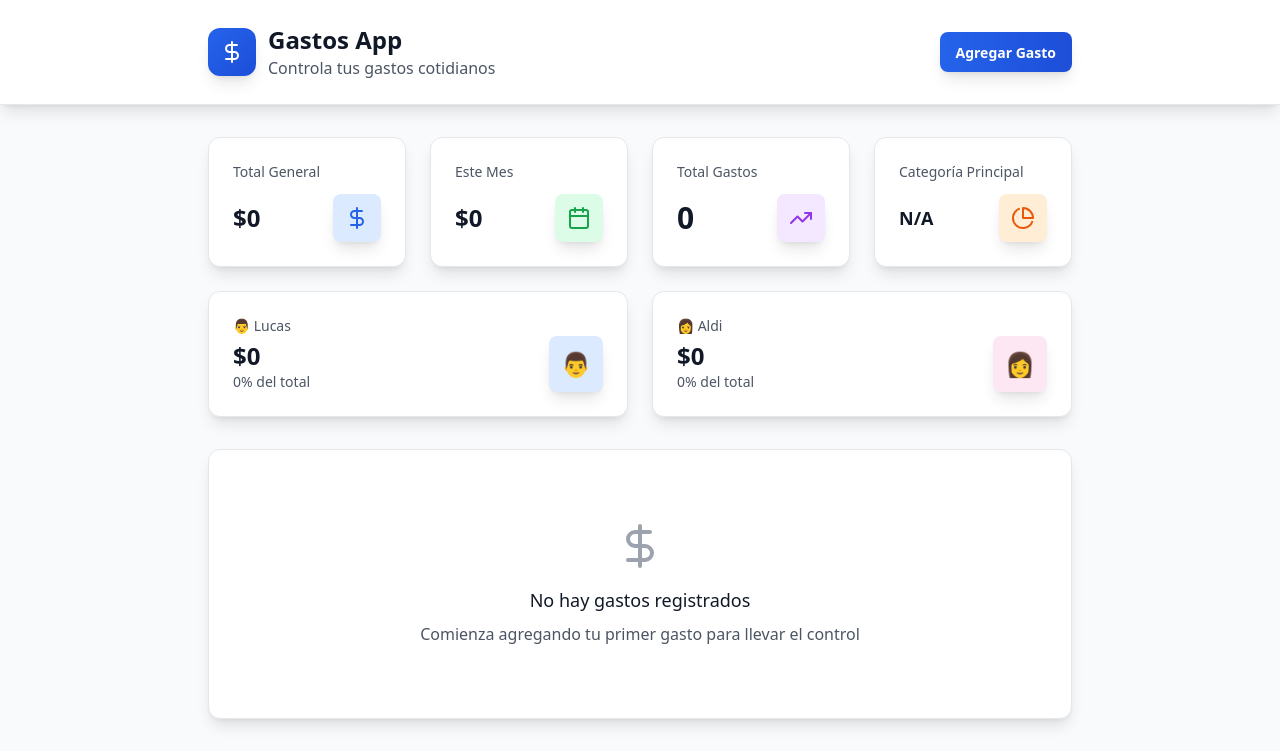
Repository: lucastenaglia/Gastosapp
Page: /
These files come from the project's save history. The page is drawn as it stood at one moment and after the next save; the edit follows.
The browser window is 1280 px wide. The pictures show the whole page.
The page's requests for data from a server got no answer. The project was rebuilt for these pictures with package versions that can differ from the ones it lists, and the page was loaded fresh each time. No one was signed in, and anything a server would have sent is missing. Also part of the build but not shown: vite.config.js, src/components/ExpenseForm.jsx.

Above is the page before, as saved 2025-08-05 20:20:46.

### index.html
<!DOCTYPE html>
<html lang="es">
  <head>
    <meta charset="UTF-8" />
    <link rel="icon" type="image/svg+xml" href="data:[embedded picture, 125 characters]" />
    <meta name="viewport" content="width=device-width, initial-scale=1.0" />
    <title>Gastos App - Control de Gastos Cotidianos</title>
  </head>
  <body>
    <div id="root"></div>
    <script type="module" src="/src/main.jsx"></script>
  </body>
</html>

### src/App.jsx
import { useState, useEffect } from 'react'
import Header from './components/Header'
import ExpenseForm from './components/ExpenseForm'
import ExpenseList from './components/ExpenseList'
import ExpenseSummary from './components/ExpenseSummary'
import { getExpenses, addExpense, updateExpense, deleteExpense } from './services/expenseService'

function App() {
  const [expenses, setExpenses] = useState([])
  const [isFormOpen, setIsFormOpen] = useState(false)
  const [loading, setLoading] = useState(true)
  const [error, setError] = useState(null)

  // Cargar gastos al iniciar la aplicación
  useEffect(() => {
    loadExpenses()
  }, [])

  // Cerrar modal con Escape
  useEffect(() => {
    const handleEscape = (e) => {
      if (e.key === 'Escape' && isFormOpen) {
        setIsFormOpen(false)
      }
    }

    document.addEventListener('keydown', handleEscape)
    return () => document.removeEventListener('keydown', handleEscape)
  }, [isFormOpen])

  const loadExpenses = async () => {
    try {
      setLoading(true)
      const data = await getExpenses()
      setExpenses(data)
      setError(null)
    } catch (err) {
      setError('Error al cargar los gastos')
      console.error(err)
    } finally {
      setLoading(false)
    }
  }

  const handleAddExpense = async (expense) => {
    try {
      const newExpense = await addExpense(expense)
      setExpenses([newExpense, ...expenses])
      setIsFormOpen(false)
    } catch (err) {
      setError('Error al agregar el gasto')
      console.error(err)
    }
  }

  const handleDeleteExpense = async (id) => {
    try {
      await deleteExpense(id)
      setExpenses(expenses.filter(expense => expense.id !== id))
    } catch (err) {
      setError('Error al eliminar el gasto')
      console.error(err)
    }
  }

  const handleEditExpense = async (id, updatedExpense) => {
    try {
      const updated = await updateExpense(id, updatedExpense)
      setExpenses(expenses.map(expense =>
        expense.id === id ? updated : expense
      ))
    } catch (err) {
      setError('Error al actualizar el gasto')
      console.error(err)
    }
  }

  return (
    <div className="min-h-screen bg-gray-50">
      <Header onAddExpense={() => setIsFormOpen(true)} />

      <main className="container mx-auto px-4 py-8 max-w-4xl">
        {error && (
          <div className="bg-red-100 border border-red-400 text-red-700 px-4 py-3 rounded mb-6">
            {error}
          </div>
        )}

        <ExpenseSummary expenses={expenses} />

        <div className="mt-8">
          <ExpenseList
            expenses={expenses}
            onDelete={handleDeleteExpense}
            onEdit={handleEditExpense}
            loading={loading}
          />
        </div>
      </main>

      {/* Modal Overlay */}
      {isFormOpen && (
        <div
          className="fixed inset-0 bg-black bg-opacity-50 flex items-center justify-center z-50 p-4 animate-in fade-in duration-200"
          onClick={() => setIsFormOpen(false)}
        >
          <div
            className="bg-white rounded-xl shadow-2xl max-w-md w-full mx-4 max-h-[90vh] overflow-y-auto animate-in zoom-in-95 duration-200"
            onClick={(e) => e.stopPropagation()}
          >
            <ExpenseForm
              onSubmit={handleAddExpense}
              onCancel={() => setIsFormOpen(false)}
            />
          </div>
        </div>
      )}
    </div>
  )
}

export default App

### src/index.css
@tailwind base;
@tailwind components;
@tailwind utilities;

@layer base {
  body {
    @apply bg-gray-50 text-gray-900;
  }
}

@layer components {
                .btn-primary {
                @apply bg-primary-600 hover:bg-primary-700 text-white font-medium py-2 px-4 rounded-lg transition-all duration-300 shadow-md hover:shadow-lg hover:-translate-y-0.5 transform;
              }

              .btn-secondary {
                @apply bg-gray-200 hover:bg-gray-300 text-gray-800 font-medium py-2 px-4 rounded-lg transition-all duration-300 shadow-md hover:shadow-lg hover:-translate-y-0.5 transform;
              }

                .input-field {
                @apply w-full px-3 py-2 border border-gray-300 rounded-lg focus:outline-none focus:ring-2 focus:ring-primary-500 focus:border-transparent shadow-sm focus:shadow-md transition-all duration-300;
              }

                            .card {
                @apply bg-white rounded-xl shadow-lg border border-gray-200 p-6 transform transition-all duration-300 hover:shadow-2xl hover:-translate-y-1;
              }

              .modal-enter {
                @apply opacity-0 scale-95;
              }

              .modal-enter-active {
                @apply opacity-100 scale-100 transition-all duration-200 ease-out;
              }

              .modal-exit {
                @apply opacity-100 scale-100;
              }

              .modal-exit-active {
                @apply opacity-0 scale-95 transition-all duration-200 ease-in;
              }
}

### src/components/Header.jsx
import { Plus, DollarSign } from 'lucide-react'

const Header = ({ onAddExpense }) => {
  return (
    <header className="bg-white shadow-lg border-b border-gray-200">
      <div className="container mx-auto px-4 py-6 max-w-4xl">
        <div className="flex items-center justify-between">
          <div className="flex items-center space-x-3">
            <div className="bg-gradient-to-br from-primary-600 to-primary-700 p-3 rounded-xl shadow-lg">
              <DollarSign className="h-6 w-6 text-white" />
            </div>
            <div>
              <h1 className="text-2xl font-bold text-gray-900">Gastos App</h1>
              <p className="text-gray-600">Controla tus gastos cotidianos</p>
            </div>
          </div>

          <button
            onClick={onAddExpense}
            className="bg-gradient-to-r from-primary-600 to-primary-700 active:from-primary-800 active:to-primary-900 text-white font-semibold py-2 px-4 rounded-lg shadow-lg hover:shadow-xl active:shadow-md active:translate-y-0.5 transition-all duration-200 border-0 focus:outline-none focus:ring-2 focus:ring-primary-300"
          >
            <span className="text-sm">Agregar Gasto</span>
          </button>
        </div>
      </div>
    </header>
  )
}

export default Header

### src/components/ExpenseList.jsx
import { useState } from 'react'
import { Trash2, Edit, Calendar, DollarSign } from 'lucide-react'

const ExpenseList = ({ expenses, onDelete, onEdit, loading }) => {
  const [editingId, setEditingId] = useState(null)
  const [editForm, setEditForm] = useState({})

  const categoryIcons = {
    comida: '🍽️',
    super: '🛒',
    auto: '🚗',
    entretenimiento: '🎮',
    salud: '💊',
    ropa: '👕',
    hogar: '🏠',
    otros: '📦'
  }

  const categoryColors = {
    comida: 'bg-orange-100 text-orange-800',
    super: 'bg-red-100 text-red-800',
    auto: 'bg-blue-100 text-blue-800',
    entretenimiento: 'bg-purple-100 text-purple-800',
    salud: 'bg-green-100 text-green-800',
    ropa: 'bg-pink-100 text-pink-800',
    hogar: 'bg-yellow-100 text-yellow-800',
    otros: 'bg-gray-100 text-gray-800'
  }

  const handleEdit = (expense) => {
    setEditingId(expense.id)
    setEditForm({
      description: expense.description,
      amount: expense.amount.toString(),
      category: expense.category,
      person: expense.person || 'lucas',
      date: expense.date
    })
  }

  const handleSaveEdit = (id) => {
    onEdit(id, {
      ...editForm,
      amount: parseFloat(editForm.amount)
    })
    setEditingId(null)
    setEditForm({})
  }

  const handleCancelEdit = () => {
    setEditingId(null)
    setEditForm({})
  }

  const formatDate = (dateString) => {
    const date = new Date(dateString)
    return date.toLocaleDateString('es-ES', {
      year: 'numeric',
      month: 'short',
      day: 'numeric'
    })
  }

  if (loading) {
    return (
      <div className="card">
        <div className="text-center py-12">
          <div className="animate-spin rounded-full h-12 w-12 border-b-2 border-primary-600 mx-auto mb-4"></div>
          <h3 className="text-lg font-medium text-gray-900 mb-2">
            Cargando gastos...
          </h3>
          <p className="text-gray-600">
            Conectando con la base de datos
          </p>
        </div>
      </div>
    )
  }

  if (expenses.length === 0) {
    return (
      <div className="card">
        <div className="text-center py-12">
          <DollarSign className="h-12 w-12 text-gray-400 mx-auto mb-4" />
          <h3 className="text-lg font-medium text-gray-900 mb-2">
            No hay gastos registrados
          </h3>
          <p className="text-gray-600">
            Comienza agregando tu primer gasto para llevar el control
          </p>
        </div>
      </div>
    )
  }

  return (
    <div className="card">
      <h2 className="text-xl font-semibold text-gray-900 mb-6">
        Historial de Gastos
      </h2>

      <div className="space-y-3">
        {expenses.map(expense => (
          <div key={expense.id} className="border border-gray-200 rounded-lg p-3 sm:p-4 bg-white shadow-md hover:shadow-xl hover:-translate-y-1 transform transition-all duration-300">
            {editingId === expense.id ? (
              <div className="space-y-3">
                <input
                  type="text"
                  value={editForm.description}
                  onChange={(e) => setEditForm({...editForm, description: e.target.value})}
                  className="input-field"
                />
                <div className="grid grid-cols-1 sm:grid-cols-2 gap-3">
                  <input
                    type="number"
                    value={editForm.amount}
                    onChange={(e) => setEditForm({...editForm, amount: e.target.value})}
                    className="input-field"
                    step="1"
                    min="0"
                  />
                  <select
                    value={editForm.category}
                    onChange={(e) => setEditForm({...editForm, category: e.target.value})}
                    className="input-field"
                  >
                    <option value="comida">🍽️ Comida</option>
                    <option value="super">🛒 Super</option>
                    <option value="auto">🚗 Auto</option>
                    <option value="entretenimiento">🎮 Entretenimiento</option>
                    <option value="salud">💊 Salud</option>
                    <option value="ropa">👕 Ropa</option>
                    <option value="hogar">🏠 Hogar</option>
                    <option value="otros">📦 Otros</option>
                  </select>
                </div>
                <div className="grid grid-cols-1 sm:grid-cols-2 gap-3">
                  <select
                    value={editForm.person}
                    onChange={(e) => setEditForm({...editForm, person: e.target.value})}
                    className="input-field"
                  >
                    <option value="lucas">👨 Lucas</option>
                    <option value="aldi">👩 Aldi</option>
                  </select>
                  <input
                    type="date"
                    value={editForm.date}
                    onChange={(e) => setEditForm({...editForm, date: e.target.value})}
                    className="input-field"
                  />
                </div>
                <div className="flex space-x-2">
                  <button
                    onClick={() => handleSaveEdit(expense.id)}
                    className="btn-primary text-sm flex-1"
                  >
                    Guardar
                  </button>
                  <button
                    onClick={handleCancelEdit}
                    className="btn-secondary text-sm flex-1"
                  >
                    Cancelar
                  </button>
                </div>
              </div>
            ) : (
              <div className="space-y-3">
                {/* Header con icono, descripción y monto */}
                <div className="flex items-start justify-between">
                  <div className="flex items-center space-x-3 flex-1 min-w-0">
                    <div className={`p-2 rounded-lg flex-shrink-0 ${categoryColors[expense.category]}`}>
                      <span className="text-lg">{categoryIcons[expense.category]}</span>
                    </div>

                    <div className="flex-1 min-w-0">
                      <h3 className="font-medium text-gray-900 truncate">
                        {expense.description}
                      </h3>
                      <div className="flex items-center space-x-2 text-sm text-gray-600 mt-1">
                        <span className="flex items-center space-x-1">
                          <Calendar className="h-3 w-3" />
                          <span className="hidden sm:inline">{formatDate(expense.date)}</span>
                          <span className="sm:hidden">{new Date(expense.date).toLocaleDateString('es-ES', { day: '2-digit', month: '2-digit' })}</span>
                        </span>
                        <span className="hidden sm:inline">•</span>
                        <span className="capitalize text-xs sm:text-sm">{expense.category}</span>
                      </div>
                    </div>
                  </div>

                  <div className="flex items-center space-x-2 flex-shrink-0">
                    <span className="text-lg font-semibold text-gray-900">
                      ${expense.amount}
                    </span>

                    <div className="flex space-x-1">
                      <button
                        onClick={() => handleEdit(expense)}
                        className="p-1 text-gray-400 hover:text-blue-600 transition-colors"
                        title="Editar"
                      >
                        <Edit className="h-4 w-4" />
                      </button>
                      <button
                        onClick={() => onDelete(expense.id)}
                        className="p-1 text-gray-400 hover:text-red-600 transition-colors"
                        title="Eliminar"
                      >
                        <Trash2 className="h-4 w-4" />
                      </button>
                    </div>
                  </div>
                </div>

                {/* Información adicional en móvil */}
                <div className="sm:hidden flex items-center justify-between text-sm text-gray-600 border-t pt-2">
                  <span className="flex items-center space-x-1">
                    <span>{expense.person === 'lucas' ? '👨' : '👩'}</span>
                    <span className="capitalize">{expense.person || 'lucas'}</span>
                  </span>
                  <span className="text-xs">
                    {new Date(expense.date).toLocaleDateString('es-ES', { year: 'numeric' })}
                  </span>
                </div>
              </div>
            )}
          </div>
        ))}
      </div>
    </div>
  )
}

export default ExpenseList

### src/components/ExpenseSummary.jsx
import { TrendingUp, Calendar, DollarSign, PieChart } from 'lucide-react'

const ExpenseSummary = ({ expenses }) => {
  const totalExpenses = expenses.reduce((sum, expense) => sum + expense.amount, 0)

  const today = new Date()
  const thisMonth = today.getMonth()
  const thisYear = today.getFullYear()

  const monthlyExpenses = expenses.filter(expense => {
    const expenseDate = new Date(expense.date)
    return expenseDate.getMonth() === thisMonth && expenseDate.getFullYear() === thisYear
  })

  const monthlyTotal = monthlyExpenses.reduce((sum, expense) => sum + expense.amount, 0)

  const categoryTotals = expenses.reduce((acc, expense) => {
    acc[expense.category] = (acc[expense.category] || 0) + expense.amount
    return acc
  }, {})

  const topCategory = Object.entries(categoryTotals).sort(([,a], [,b]) => b - a)[0]

     // Estadísticas por persona
   const personTotals = expenses.reduce((acc, expense) => {
     // Si la categoría es "auto", asignar a "ds3", sino usar la persona seleccionada
     const person = expense.category === 'auto' ? 'ds3' : (expense.person || 'lucas')
     acc[person] = (acc[person] || 0) + expense.amount
     return acc
   }, {})

   const lucasTotal = personTotals.lucas || 0
   const aldiTotal = personTotals.aldi || 0
   const ds3Total = personTotals.ds3 || 0

  const formatCurrency = (amount) => {
    return `$${Math.round(amount).toLocaleString('en-US')}`
  }

  return (
    <div className="space-y-4 sm:space-y-6">
      {/* Primera fila - Estadísticas generales */}
      <div className="grid grid-cols-2 lg:grid-cols-4 gap-3 sm:gap-6">
                 {/* Total General */}
         <div className="card relative p-4 sm:p-6">
           <div className="space-y-3">
             <p className="text-xs sm:text-sm font-medium text-gray-600">Total General</p>
             <div className="flex items-center justify-between">
               <div className="flex-1">
                 <p className="text-lg sm:text-xl lg:text-2xl font-bold text-gray-900">
                   {formatCurrency(totalExpenses)}
                 </p>
               </div>
               <div className="bg-blue-100 p-2 sm:p-2.5 lg:p-3 rounded-lg shadow-lg ml-4">
                 <DollarSign className="h-4 w-4 sm:h-5 sm:w-5 lg:h-6 lg:w-6 text-blue-600" />
               </div>
             </div>
           </div>
         </div>

                 {/* Gastos del Mes */}
         <div className="card relative p-4 sm:p-6">
           <div className="space-y-3">
             <p className="text-xs sm:text-sm font-medium text-gray-600">Este Mes</p>
             <div className="flex items-center justify-between">
               <div className="flex-1">
                 <p className="text-lg sm:text-xl lg:text-2xl font-bold text-gray-900">
                   {formatCurrency(monthlyTotal)}
                 </p>
               </div>
               <div className="bg-green-100 p-2 sm:p-2.5 lg:p-3 rounded-lg shadow-lg ml-4">
                 <Calendar className="h-4 w-4 sm:h-5 sm:w-5 lg:h-6 lg:w-6 text-green-600" />
               </div>
             </div>
           </div>
         </div>

                 {/* Total de Gastos */}
         <div className="card relative p-4 sm:p-6">
           <div className="space-y-3">
             <p className="text-xs sm:text-sm font-medium text-gray-600">Total Gastos</p>
             <div className="flex items-center justify-between">
               <div className="flex-1">
                 <p className="text-2xl sm:text-3xl font-bold text-gray-900">
                   {expenses.length}
                 </p>
               </div>
               <div className="bg-purple-100 p-2 sm:p-2.5 lg:p-3 rounded-lg shadow-lg ml-4">
                 <TrendingUp className="h-4 w-4 sm:h-5 sm:w-5 lg:h-6 lg:w-6 text-purple-600" />
               </div>
             </div>
           </div>
         </div>

                 {/* Categoría Principal */}
         <div className="card relative p-4 sm:p-6">
           <div className="space-y-3">
             <p className="text-xs sm:text-sm font-medium text-gray-600">Categoría Principal</p>
             <div className="flex items-center justify-between">
               <div className="flex-1">
                 <p className="text-base sm:text-lg font-semibold text-gray-900 capitalize">
                   {topCategory ? topCategory[0] : 'N/A'}
                 </p>
                 {topCategory && (
                   <p className="text-xs sm:text-sm text-gray-600">
                     {formatCurrency(topCategory[1])}
                   </p>
                 )}
               </div>
               <div className="bg-orange-100 p-2 sm:p-2.5 lg:p-3 rounded-lg shadow-lg ml-4">
                 <PieChart className="h-4 w-4 sm:h-5 sm:w-5 lg:h-6 lg:w-6 text-orange-600" />
               </div>
             </div>
           </div>
         </div>
      </div>

             {/* Segunda fila - Estadísticas por persona */}
       <div className="grid grid-cols-1 sm:grid-cols-2 gap-3 sm:gap-6">
                 {/* Gastos de Lucas */}
         <div className="card relative p-4 sm:p-6">
           <div>
             <p className="text-xs sm:text-sm font-medium text-gray-600">👨 Lucas</p>
             <div className="flex items-end justify-between">
               <div>
                 <p className="text-lg sm:text-2xl font-bold text-gray-900">
                   {formatCurrency(lucasTotal)}
                 </p>
                 <p className="text-xs sm:text-sm text-gray-600">
                   {totalExpenses > 0 ? `${((lucasTotal / totalExpenses) * 100).toFixed(1)}%` : '0%'} del total
                 </p>
               </div>
               <div className="bg-blue-100 p-2 sm:p-3 rounded-lg shadow-lg">
                 <span className="text-lg sm:text-2xl">👨</span>
               </div>
             </div>
           </div>
         </div>

                 {/* Gastos de Aldi */}
         <div className="card relative p-4 sm:p-6">
           <div>
             <p className="text-xs sm:text-sm font-medium text-gray-600">👩 Aldi</p>
             <div className="flex items-end justify-between">
               <div>
                 <p className="text-lg sm:text-2xl font-bold text-gray-900">
                   {formatCurrency(aldiTotal)}
                 </p>
                 <p className="text-xs sm:text-sm text-gray-600">
                   {totalExpenses > 0 ? `${((aldiTotal / totalExpenses) * 100).toFixed(1)}%` : '0%'} del total
                 </p>
               </div>
               <div className="bg-pink-100 p-2 sm:p-3 rounded-lg shadow-lg">
                 <span className="text-lg sm:text-2xl">👩</span>
               </div>
             </div>
           </div>
         </div>
      </div>
    </div>
  )
}

export default ExpenseSummary

### src/lib/supabase.js
import { createClient } from '@supabase/supabase-js'

// Configuración de Supabase
const supabaseUrl = 'https://tiarifmkqcayodakifqu.supabase.co'
const supabaseAnonKey = 'eyJhbGciOiJIUzI1NiIsInR5cCI6IkpXVCJ9.eyJpc3MiOiJzdXBhYmFzZSIsInJlZiI6InRpYXJpZm1rcWNheW9kYWtpZnF1Iiwicm9sZSI6ImFub24iLCJpYXQiOjE3NTQyMzYxMzcsImV4cCI6MjA2OTgxMjEzN30.qJr6Xvo0UF5_XPq4UWidASjwgjcWPFJ8CqR6mAHSsTU'

export const supabase = createClient(supabaseUrl, supabaseAnonKey)

### tailwind.config.js
/** @type {import('tailwindcss').Config} */
export default {
  content: [
    "./index.html",
    "./src/**/*.{js,ts,jsx,tsx}",
  ],
  theme: {
    extend: {
      colors: {
        primary: {
          50: '#eff6ff',
          500: '#3b82f6',
          600: '#2563eb',
          700: '#1d4ed8',
        }
      }
    },
  },
  plugins: [],
}

Loaded but not shown: src/main.jsx (common file); src/services/expenseService.js (78 lines, source omitted)

After the next save:
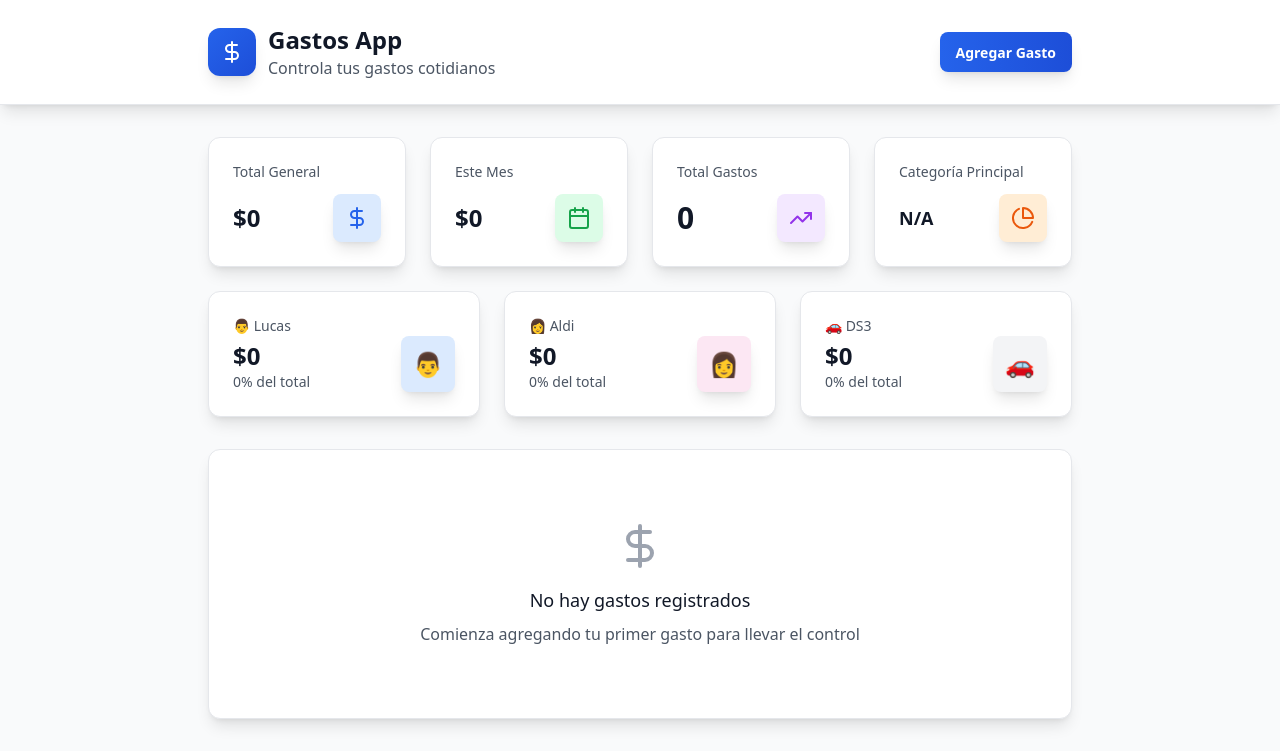
Saved 15 s later.
--- a/src/components/ExpenseSummary.jsx
+++ b/src/components/ExpenseSummary.jsx
@@ -115,8 +115,8 @@ const ExpenseSummary = ({ expenses }) => {
          </div>
       </div>
 
-             {/* Segunda fila - Estadísticas por persona */}
-       <div className="grid grid-cols-1 sm:grid-cols-2 gap-3 sm:gap-6">
+                    {/* Segunda fila - Estadísticas por persona */}
+       <div className="grid grid-cols-1 sm:grid-cols-3 gap-3 sm:gap-6">
                  {/* Gastos de Lucas */}
          <div className="card relative p-4 sm:p-6">
            <div>
@@ -156,7 +156,27 @@ const ExpenseSummary = ({ expenses }) => {
              </div>
            </div>
          </div>
-      </div>
+
+                 {/* Gastos de DS3 (Auto) */}
+         <div className="card relative p-4 sm:p-6">
+           <div>
+             <p className="text-xs sm:text-sm font-medium text-gray-600">🚗 DS3</p>
+             <div className="flex items-end justify-between">
+               <div>
+                 <p className="text-lg sm:text-2xl font-bold text-gray-900">
+                   {formatCurrency(ds3Total)}
+                 </p>
+                 <p className="text-xs sm:text-sm text-gray-600">
+                   {totalExpenses > 0 ? `${((ds3Total / totalExpenses) * 100).toFixed(1)}%` : '0%'} del total
+                 </p>
+               </div>
+               <div className="bg-gray-100 p-2 sm:p-3 rounded-lg shadow-lg">
+                 <span className="text-lg sm:text-2xl">🚗</span>
+               </div>
+             </div>
+           </div>
+         </div>
+       </div>
     </div>
   )
 }
